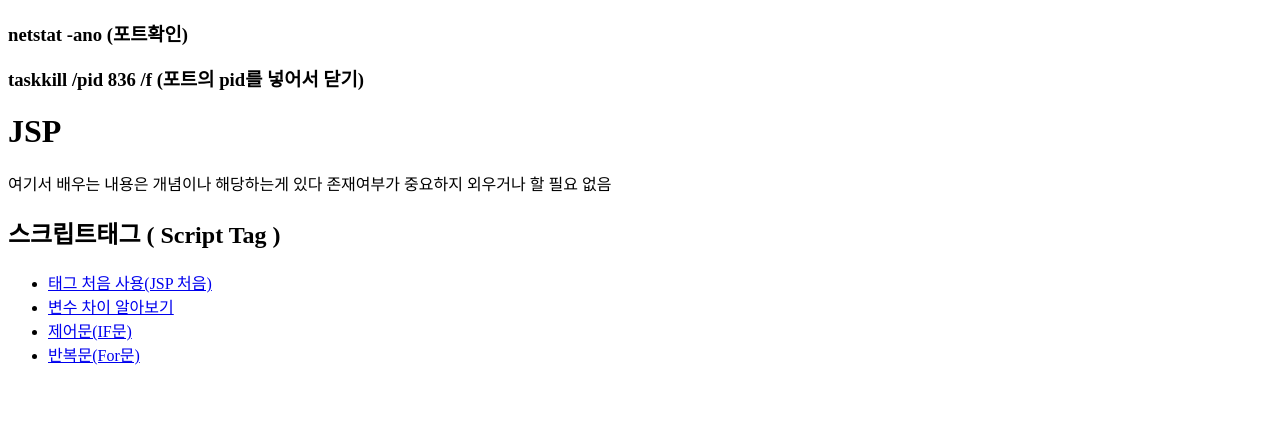
Repository: kvmhyvmvn/Study_JspServlet
Page: http://localhost/03.Tag/
The author's editor kept a copy of each file at every save. The page is drawn from the files as they stood at one save, then again after the next save.
The browser window is 1280 px wide. The pictures show the whole page.
The page is served by Tomcat 9.

Above is the page before, as saved 2023-05-19 01:53:57.

After the next save:
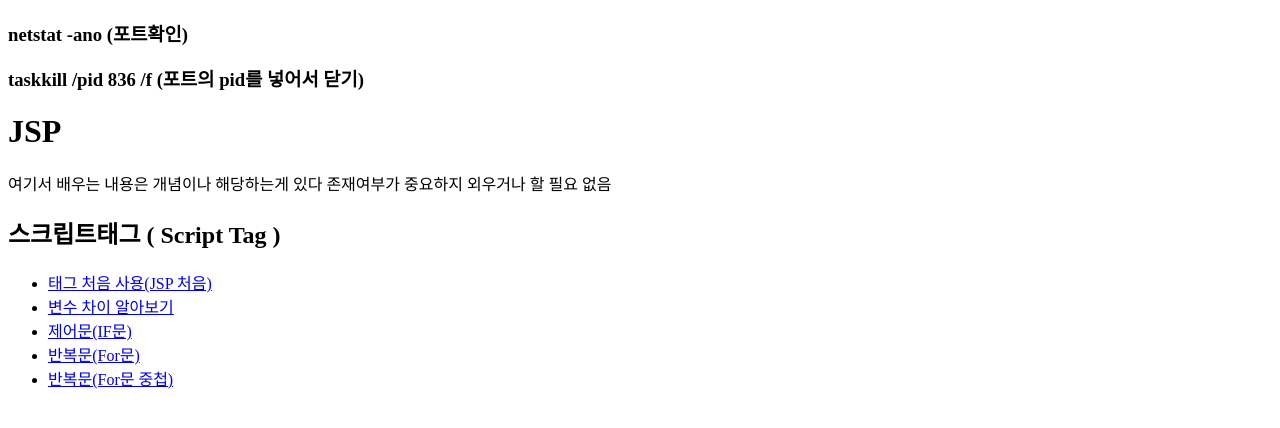
Saved 6 min 44 s later.
--- a/WorkSpace/03.Tag/src/main/webapp/index.html
+++ b/WorkSpace/03.Tag/src/main/webapp/index.html
@@ -17,6 +17,7 @@
 		<li><a href="01.Script/Ex01Var.jsp">변수 차이 알아보기</a></li>
 		<li><a href="01.Script/Ex02If.jsp">제어문(IF문)</a></li>
 		<li><a href="01.Script/Ex03For.jsp">반복문(For문)</a></li>
+		<li><a href="01.Script/Ex04For.jsp">반복문(For문 중첩)</a></li>
 	</ul>
 </body>
 </html>
